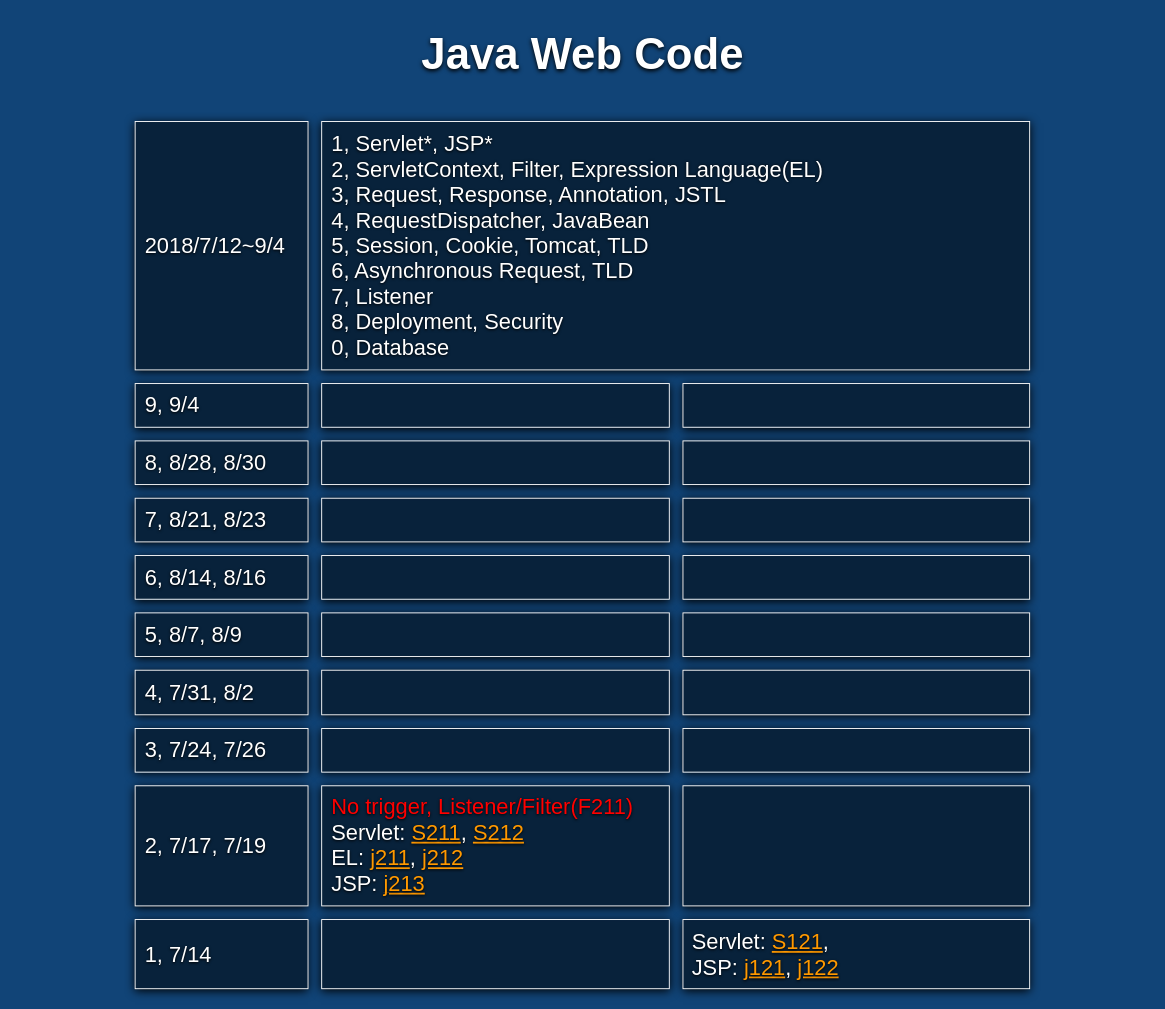
Repository: anxhuang/Java_Web
Page: code/WebContent/index.html
The author's editor kept a copy of each file at every save. The page is drawn from the files as they stood at one save, then again after the next save.
The browser window is 1280 px wide. The pictures show the whole page, at 91% of full size.

Above is the page before, as saved 2018-07-17 13:05:35.

### code/WebContent/index.html
<!DOCTYPE html>
<html>
<head>
<meta charset="BIG5">
<title>Insert title here</title>
<style>
	body{
		font-size: 0.25in;
		font-family: Arial;
		background: #147;
		/*background-image: url("https://fsa.zobj.net/crop.php?r=ao88GxCisk4oY2NINS9REEtIWhpZOc22-qItDMLD3PM32O_JkS6wNJkg6nyYIREcmC0vWqaqI6LJaUOxd-WXbPJcJwdQ8BFboZ63vqok2a4Dr1BmLINjzf1ENB44EzZlDTbMtV754atZi7iy");*/
		/*background-size: cover;*/
	}
	h1{
		color: #FFF;
		text-shadow: 0px 2px 5px #000;
		text-align: center;
	}
	table{
		width: 80%;
		margin: 0 auto;
		border-spacing: 0.15in;
	}
	td{
		color: #FFF;
		text-shadow: 0px 1px 3px #000;
		padding: 0.1in;
		border: 1px solid #FFF;
		background: rgba(0,0,0,0.5);
		box-shadow: 0px 2px 10px #000;
	}
	td:first-child{
		width: 20%;
	}
	td:nth-child(2){
		width: 40%;
	}
	td:nth-child(3){
		width: 40%;
	}
	a:link		{color: #F90;}
	a:visited	{color: #333;}
</style>
</head>
<body>

	<h1>Java Web Code</h1>

	<table>
		<tbody>
			<tr>
				<td>2018/7/12~9/4</td>
				<td colspan="2">
					1, Servlet*, JSP*<br>
					2, ServletContext, Filter, Expression Language(EL)<br>
					3, Request, Response, Annotation, JSTL<br>
					4, RequestDispatcher, JavaBean<br>
					5, Session, Cookie, Tomcat, TLD<br>
					6, Asynchronous Request, TLD<br>
					7, Listener<br>
					8, Deployment, Security<br>
					0, Database
				</td>
			</tr>
			<tr>
				<td>9, 9/4</td>
				<td></td>
				<td></td>
			</tr>
			<tr>
				<td>8, 8/28, 8/30</td>
				<td></td>
				<td></td>
			</tr>
			<tr>
				<td>7, 8/21, 8/23</td>
				<td></td>
				<td></td>
			</tr>
			<tr>
				<td>6, 8/14, 8/16</td>
				<td></td>
				<td></td>
			</tr>
			<tr>
				<td>5, 8/7, 8/9</td>
				<td></td>
				<td></td>
			</tr>
			<tr>
				<td>4, 7/31, 8/2</td>
				<td></td>
				<td></td>
			</tr>
			<tr>
				<td>3, 7/24, 7/26</td>
				<td></td>
				<td></td>
			</tr>
			<tr>
				<td>2, 7/17, 7/19</td>
				<td>
					<font color="red">No trigger, Listener/Filter(F211)</font>
					<br>
					Servlet:
					<a href="S211">S211</a>,
					<a href="S212">S212</a>
					<br>
					EL:
					<a href="j211.jsp">j211</a>,
					<a href="j212.jsp">j212</a>
					<br>
					JSP:
					<a href="j213.jsp">j213</a>
				</td>
				<td></td>
			</tr>
			<tr>
				<td>1, 7/14</td>
				<td></td>
				<td>
					Servlet:
					<a href="S121">S121</a>,
					<br>
					JSP:
					<a href="j121.jsp">j121</a>,
					<a href="j122.jsp">j122</a>
				</td>
			</tr>
		</tbody>
	</table>
</body>
</html>

After the next save:
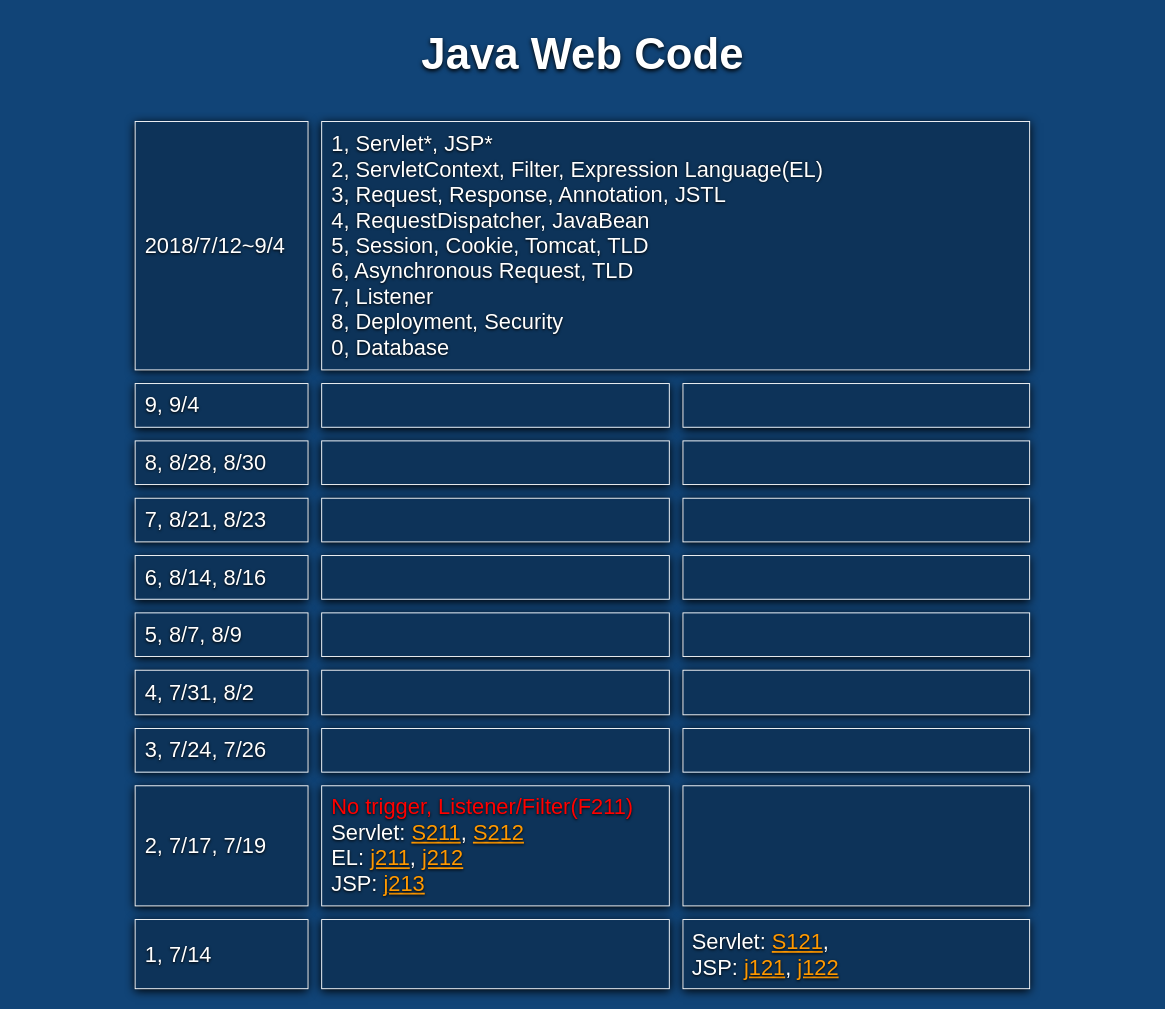
Saved 9 s later.
--- a/code/WebContent/index.html
+++ b/code/WebContent/index.html
@@ -26,7 +26,7 @@
 		text-shadow: 0px 1px 3px #000;
 		padding: 0.1in;
 		border: 1px solid #FFF;
-		background: rgba(0,0,0,0.5);
+		background: rgba(0,0,0,0.25);
 		box-shadow: 0px 2px 10px #000;
 	}
 	td:first-child{
